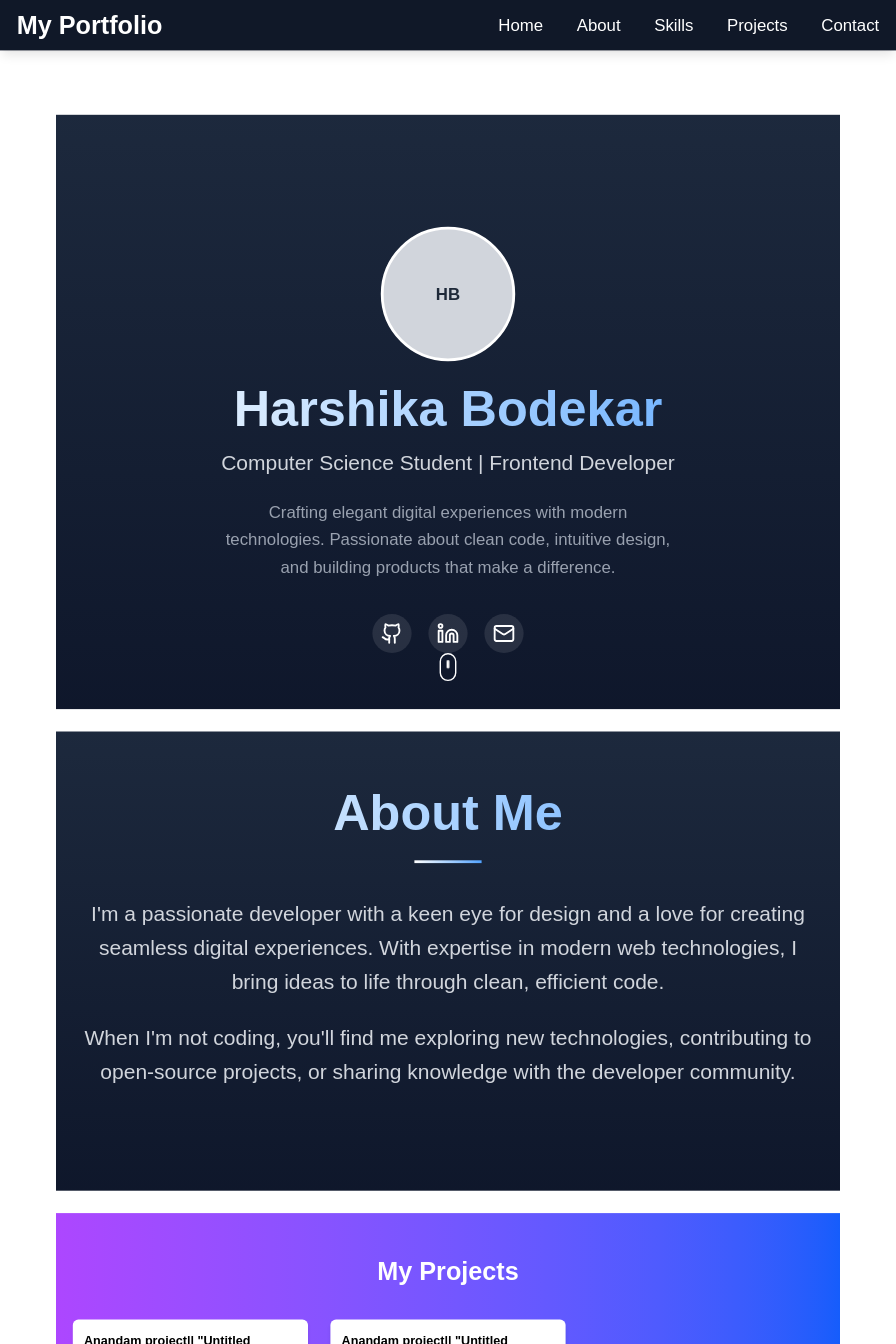
Repository: harshikabodekar/portfolio_awp
Page: /src/components
An editor plug-in stored every save of this project. The page is shown before and after the next save, followed by the edit.
The browser window is 1280 px wide. The pictures show the part of the page from y = 0 to 1920 px (the page is 3201 px tall), at 70% of full size.
The project was rebuilt for these pictures with package versions that can differ from the ones it lists, and the page was loaded fresh each time. The framework's server and built-in components were replaced by stand-ins that run in the browser. Also part of the build but not shown: next.config.mjs.

Above is the page before, as saved 2025-10-15 20:24:48.

### src/app/layout.js
import "./globals.css";

export const metadata = {
  title: "AWP Portfolio",
  description: "Personal portfolio",
};

export default function RootLayout({ children }) {
  return (
    <html lang="en">
      <body className="antialiased">
        {children}
      </body>
    </html>
  );
}

### src/app/src/components/page.js
//import Image from "next/image";
import Navbar from "../../components/Navbar";
import React from "react";
import Projects from "../../components/Project";
import About from "../../components/About";
import Contact from "../../components/Contact";
import Hero from "../../components/Hero";
import ProjectCard from "../../components/ProjectCard";

export default function Home() {
  return (
    <div className="font-sans grid grid-rows-[20px_1fr_20px] items-center justify-items-center min-h-screen p-8 pb-20 gap-16 sm:p-20">
      <main className="flex flex-col gap-[32px] row-start-2 items-center sm:items-start">
        <Navbar />
        <Hero />
        <About />
        <Projects />
        <Contact />
        <ProjectCard/>
      </main>
    </div>
  );
}

### src/app/components/Navbar.js
import React from 'react';

const Navbar = () => {
  return (
    <nav className="bg-gray-900 text-white py-4 px-6 fixed w-full top-0 left-0 z-50 shadow-lg">
      <div className="container mx-auto flex justify-between items-center">
        <h1 className="text-4xl font-bold">My Portfolio</h1>
        <ul className="flex space-x-12 text-2xl">
          <li><a href="#home" className="hover:text-blue-400 transition-colors">Home</a></li>
          <li><a href="#about" className="hover:text-blue-400 transition-colors">About</a></li>
          <li><a href="#skills" className="hover:text-blue-400 transition-colors">Skills</a></li>
          <li><a href="#projects" className="hover:text-blue-400 transition-colors">Projects</a></li>
          <li><a href="#contact" className="hover:text-blue-400 transition-colors">Contact</a></li>
        </ul>
      </div>
    </nav>
  );
};

export default Navbar;

### src/app/components/Project.js
import React from 'react';
import ProjectCard from './ProjectCard';
import { projectsData } from '../data/projects';

const Projects = () => {
  return (
    <section id="projects" className="py-20 px-6 bg-gradient-to-r from-purple-500 to-blue-600 text-white pt-16">
      <div className="container mx-auto max-w-6xl">
        <h2 className="text-4xl font-bold text-center text-white mb-12">My Projects</h2>

        <div className="grid md:grid-cols-2 lg:grid-cols-3 gap-8">
          {projectsData.map((project) => (
            <ProjectCard key={project.id} project={project} />
          ))}
        </div>
      </div>
    </section>
  );
};

export default Projects;

### src/app/components/About.js
import React from 'react';

const About = () => {
  return (
    <section id="about" className="py-20 px-6 bg-gradient-to-b from-slate-800 to-slate-900 text-white">
      <div className="container mx-auto px-4">
        <div className="max-w-6xl mx-auto">
          <h2 className="text-4xl sm:text-5xl md:text-6xl lg:text-7xl font-bold mb-8 text-center bg-gradient-to-r from-white to-blue-400 bg-clip-text text-transparent">
            About Me
          </h2>
          <div className="w-24 h-1 bg-gradient-to-r from-white to-blue-400 mx-auto mb-12"></div>

          <div className="mb-16 text-center">
            <p className="text-xl sm:text-2xl md:text-3xl text-gray-300 leading-relaxed mb-8">
              I'm a passionate developer with a keen eye for design and a love for creating
              seamless digital experiences. With expertise in modern web technologies, I bring
              ideas to life through clean, efficient code.
            </p>
            <p className="text-xl sm:text-2xl md:text-3xl text-gray-300 leading-relaxed">
              When I'm not coding, you'll find me exploring new technologies, contributing to
              open-source projects, or sharing knowledge with the developer community.
            </p>

          </div>

          </div>
      </div>
    </section>
  );
};

export default About;

### src/app/components/Contact.js
"use client";
import { Mail, Phone, MapPin, Github, Linkedin, Twitter } from 'lucide-react';

const Contact = () => {
  const contactInfo = [
    { icon: Mail, label: 'Email', value: 'harshikabodekar02@gmail.com', href: 'mailto:your.email@example.com' },
    { icon: Phone, label: 'Phone', value: '+91 1234567891', href: 'tel:+911234567891' },
    { icon: MapPin, label: 'Location', value: 'Pune,India', href: '#' },
  ];

  const socialLinks = [
    { icon: Github, label: 'GitHub', href: 'https://github.com/harshikabodekar' },
    { icon: Linkedin, label: 'LinkedIn', href: 'https://linkedin.com' },
    { icon: Twitter, label: 'Twitter', href: 'https://twitter.com' },
  ];

  return (
    <section id="contact" className="py-20 bg-gray-50 text-gray-900">
      <div className="container mx-auto px-4">
        <div className="max-w-4xl mx-auto">
          <h2 className="text-4xl md:text-5xl font-bold mb-6 text-center">Get In Touch</h2>
          <div className="w-20 h-1 bg-blue-500 mx-auto mb-12"></div>

          <p className="text-center text-lg mb-12 max-w-2xl mx-auto">
            I'm always open to discussing new projects, creative ideas, or opportunities to be part of your visions.
          </p>

          <div className="grid md:grid-cols-3 gap-6 mb-12">
            {contactInfo.map((info, index) => {
              const IconComponent = info.icon;
              return (
                <div key={index} className="bg-white p-6 rounded-lg shadow text-center hover:shadow-lg transition-shadow">
                  <div className="inline-flex p-3 bg-blue-100 rounded-lg mb-4">
                    <IconComponent className="w-6 h-6 text-blue-600" />
                  </div>
                  <h3 className="text-sm font-semibold mb-2 text-gray-700">{info.label}</h3>
                  <a href={info.href} className="text-blue-600 hover:text-blue-800 transition-colors">{info.value}</a>
                </div>
              );
            })}
          </div>

          <div className="text-center">
            <div className="flex justify-center gap-4 mb-8">
              {socialLinks.map((social, i) => {
                const SocialIcon = social.icon;
                return (
                  <a
                    key={i}
                    href={social.href}
                    target="_blank"
                    rel="noreferrer"
                    className="p-3 bg-white rounded-full shadow hover:shadow-lg transition-all hover:bg-blue-600 hover:text-white group"
                    aria-label={social.label}
                  >
                    <SocialIcon className="w-6 h-6 text-blue-600 group-hover:text-white transition-colors" />
                  </a>
                );
              })}
            </div>

            <div className="text-center">
              <a href="mailto:your.email@example.com" className="inline-flex items-center gap-2 px-6 py-3 bg-blue-600 text-white rounded-lg hover:bg-blue-700 transition-colors">
                <Mail className="w-5 h-5" />
                Send Me an Email
              </a>
            </div>
          </div>
        </div>
      </div>
    </section>
  );
};

export default Contact;

### src/app/components/Hero.js
"use client";
import React from 'react';
import { Github, Linkedin, Mail } from 'lucide-react';

const Hero = () => {
  return (
    <section id="home" className="relative w-full min-h-screen flex items-center justify-center bg-gradient-to-b from-slate-800 to-slate-900 text-white pt-20">
      <div className="w-full px-4 sm:px-6 lg:px-8 py-12 sm:py-16 md:py-20 relative z-10">
        <div className="max-w-6xl mx-auto text-center">
          <div className="mb-6 sm:mb-8 flex justify-center">
            <div className="w-32 h-32 sm:w-40 sm:h-40 md:w-48 md:h-48 rounded-full bg-gray-300 dark:bg-gray-600 border-4 border-white flex items-center justify-center text-xl sm:text-2xl font-bold text-gray-800">HB</div>
          </div>



          <h1 className="text-4xl sm:text-4xl md:text-5xl lg:text-6xl xl:text-7xl font-bold mb-4 sm:mb-6 bg-gradient-to-r from-white to-blue-400 bg-clip-text text-transparent px-4">
            Harshika Bodekar
          </h1>

          <p className="text-base sm:text-lg md:text-xl lg:text-3xl text-gray-300 mb-6 sm:mb-8 font-light px-4">
            Computer Science Student | Frontend Developer
          </p>

          <p className="text-sm sm:text-base md:text-2xl text-gray-400 mb-8 sm:mb-12 max-w-2xl mx-auto leading-relaxed px-4">
            Crafting elegant digital experiences with modern technologies.
            Passionate about clean code, intuitive design, and building products that make a difference.
          </p>

          {/* <div className="flex flex-col sm:flex-row flex-wrap gap-4 justify-center mb-8 sm:mb-12 px-4">
            <button onClick={() => {}} className="px-6 py-3 bg-white text-slate-900 rounded-full font-medium hover:bg-gray-100 transition-colors w-full sm:w-auto">View My Work</button>
            <button onClick={() => {}} className="px-6 py-3 border-2 border-white text-white rounded-full hover:bg-white hover:text-slate-900 transition-colors w-full sm:w-auto">Get In Touch</button>
          </div> */}

          <div className="flex flex-wrap gap-4 sm:gap-6 justify-center px-4">
            <a
              href="https://github.com/harshikabodekar"
              target="_blank"
              rel="noopener noreferrer"
              className="p-3 bg-white/10 rounded-full hover:bg-white/20 transition-all group"
              aria-label="GitHub"
            >
              <Github className="w-6 h-6 sm:w-8 sm:h-8 text-white group-hover:text-blue-400 transition-colors" />
            </a>
            <a
              href="https://linkedin.com/in/harshikabodekar"
              target="_blank"
              rel="noopener noreferrer"
              className="p-3 bg-white/10 rounded-full hover:bg-white/20 transition-all group"
              aria-label="LinkedIn"
            >
              <Linkedin className="w-6 h-6 sm:w-8 sm:h-8 text-white group-hover:text-blue-400 transition-colors" />
            </a>
            <a
              href="mailto:harshikabodekar02@gmail.com"
              className="p-3 bg-white/10 rounded-full hover:bg-white/20 transition-all group"
              aria-label="Email"
            >
              <Mail className="w-6 h-6 sm:w-8 sm:h-8 text-white group-hover:text-blue-400 transition-colors" />
            </a>
          </div>
        </div>
      </div>

      <div className="hidden sm:block absolute bottom-10 left-1/2 -translate-x-1/2">
        <div className="w-6 h-10 border-2 border-white rounded-full flex justify-center">
          <div className="w-1 h-3 bg-white rounded-full mt-2 animate-pulse"></div>
        </div>
      </div>
    </section>
  );
};

export default Hero;

### src/app/components/ProjectCard.js
import React from 'react';

export default function ProjectCard({ project = {} }) {
  return (
    <article className="bg-white text-black rounded-lg p-4 shadow-md">
      <h3 className="font-semibold text-lg mb-2">Anandam project|| "Untitled Project"</h3>
      <p className="text-sm mb-4">project.description || "An event managent site that manages the event."</p>
      {project.link && (
        <a
          className="text-blue-600 underline"
          href={project.link}
          target="_blank"
          rel="noreferrer"
        >
          View
        </a>
      )}
    </article>
  );
}

### src/app/data/projects.js
export const projectsData = [
  {
    id: '1',
    title: 'Sample Project One',
    description: 'A short description of project one.',
    link: 'https://example.com',
  },
  {
    id: '2',
    title: 'Sample Project Two',
    description: 'A short description of project two.',
    link: 'https://example.com',
  },
];

Loaded but not shown: src/app/globals.css (common file)

After the next save:
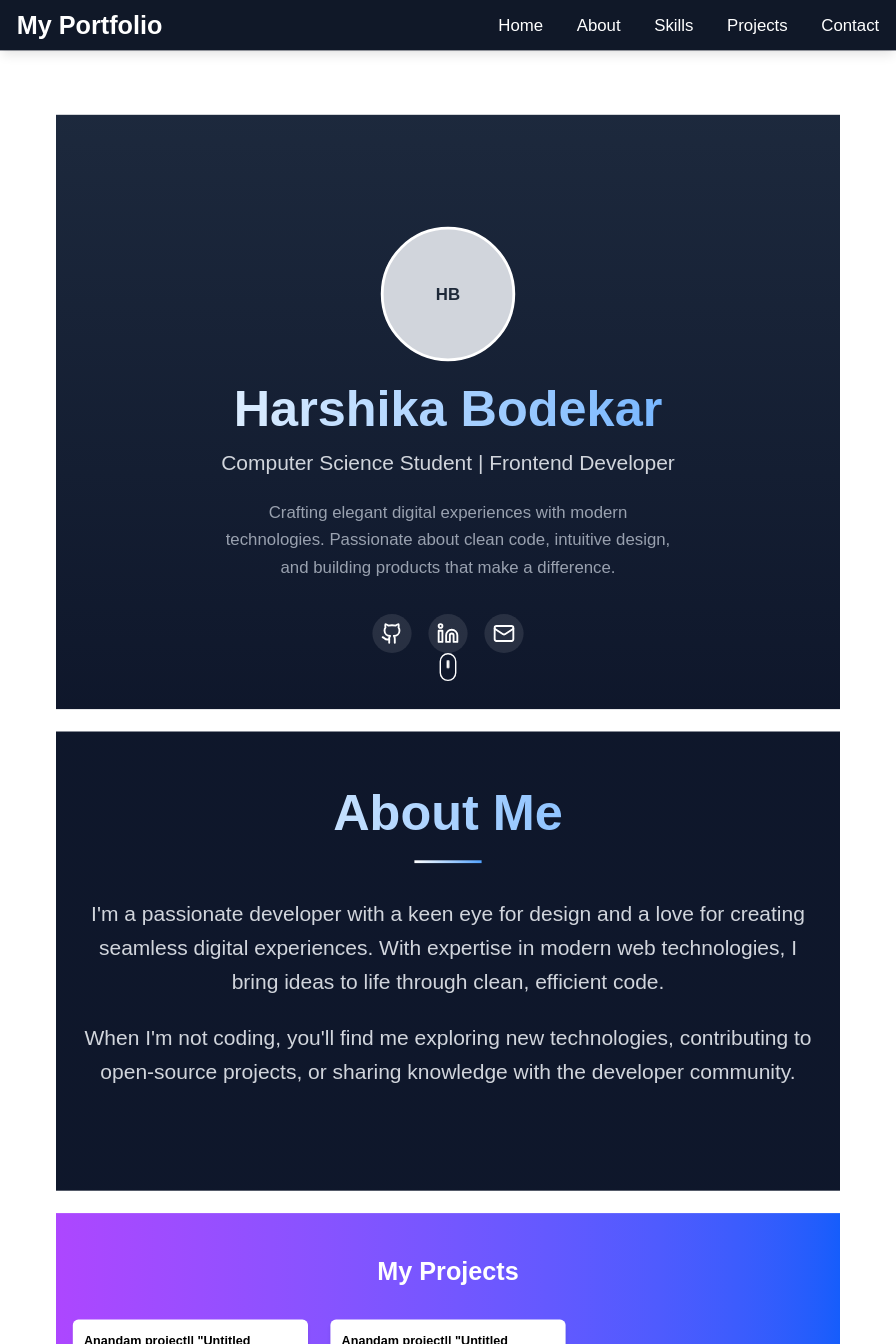
Saved 3 min 15 s later.
--- a/src/app/components/About.js
+++ b/src/app/components/About.js
@@ -2,7 +2,7 @@ import React from 'react';
 
 const About = () => {
   return (
-    <section id="about" className="py-20 px-6 bg-gradient-to-b from-slate-800 to-slate-900 text-white">
+    <section id="about" className="py-20 px-6 bg-gradient-to-b from-slate-900 to-slate-900 text-white">
       <div className="container mx-auto px-4">
         <div className="max-w-6xl mx-auto">
           <h2 className="text-4xl sm:text-5xl md:text-6xl lg:text-7xl font-bold mb-8 text-center bg-gradient-to-r from-white to-blue-400 bg-clip-text text-transparent">
